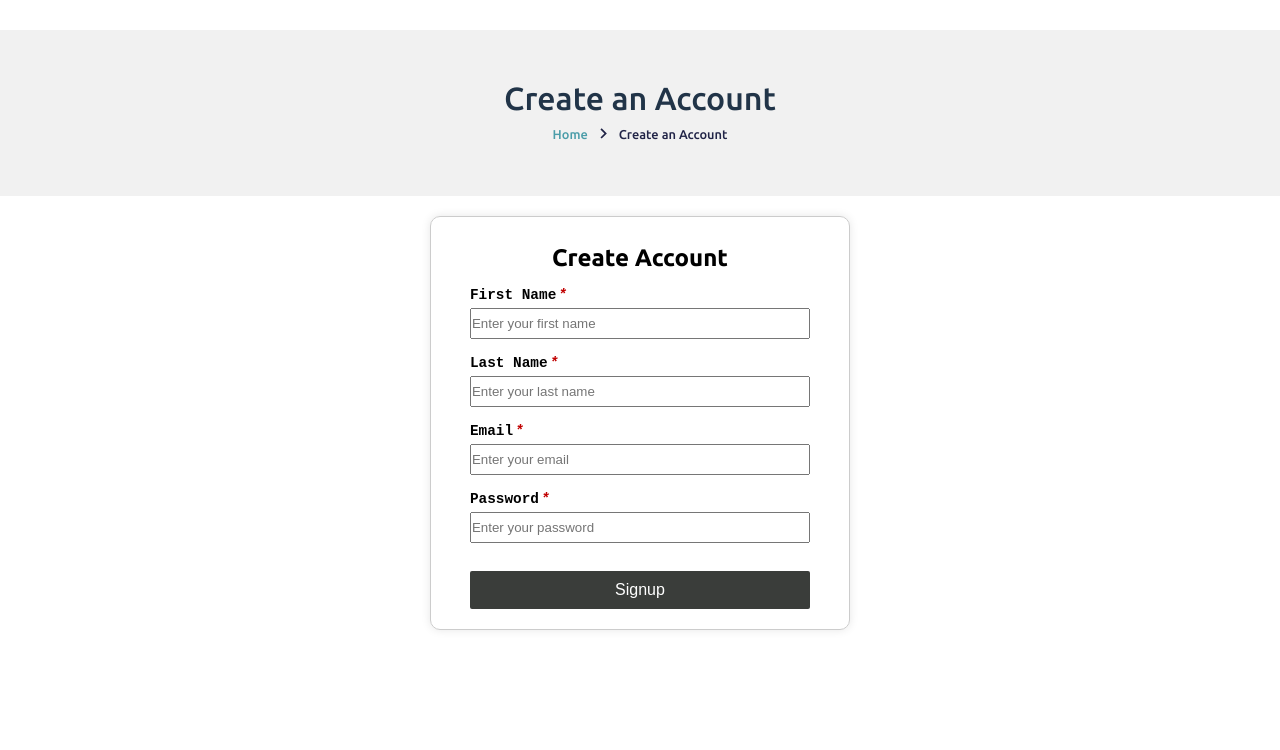
Repository: jkvekariya/Online-store-Management
Page: /auth/signup (app in frontend/client/)
These files come from the project's save history. The page is drawn as it stood at one moment and after the next save; the edit follows.
The browser window is 1280 px wide. The pictures show the whole page.
Some web fonts or font styles are not loaded; a fallback is used. The project was rebuilt for these pictures with package versions that can differ from the ones it lists, and the page was loaded fresh each time. Also part of the build but not shown: frontend/client/vite.config.js, frontend/client/src/css/header.css, frontend/client/src/css/sidebar.css, frontend/client/src/components/Sidebar.jsx, frontend/client/src/context/CartContext.jsx, frontend/client/src/components/Header.jsx, frontend/client/src/css/footer.css, frontend/client/src/components/Footer.jsx and 11 more.

Above is the page before, as saved 2026-01-02 14:49:40.

After the next save:
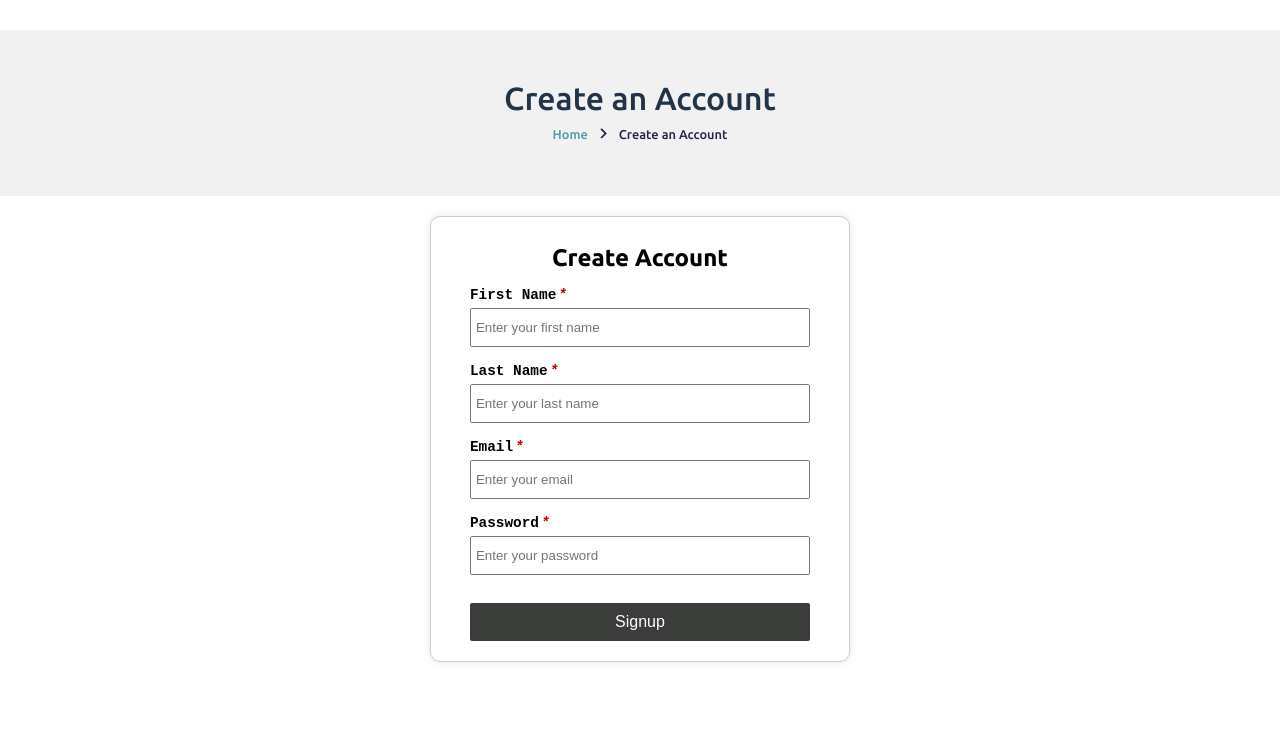
Saved 11 s later.
--- a/frontend/client/src/css/signup.css
+++ b/frontend/client/src/css/signup.css
@@ -64,7 +64,7 @@ label{
 input{
     /* padding: 8px; */
     width: 100%;
-    padding: 6px 0;
+    padding: 10px 4px;
     margin-top: 5px;
     box-sizing: border-box;
 }
